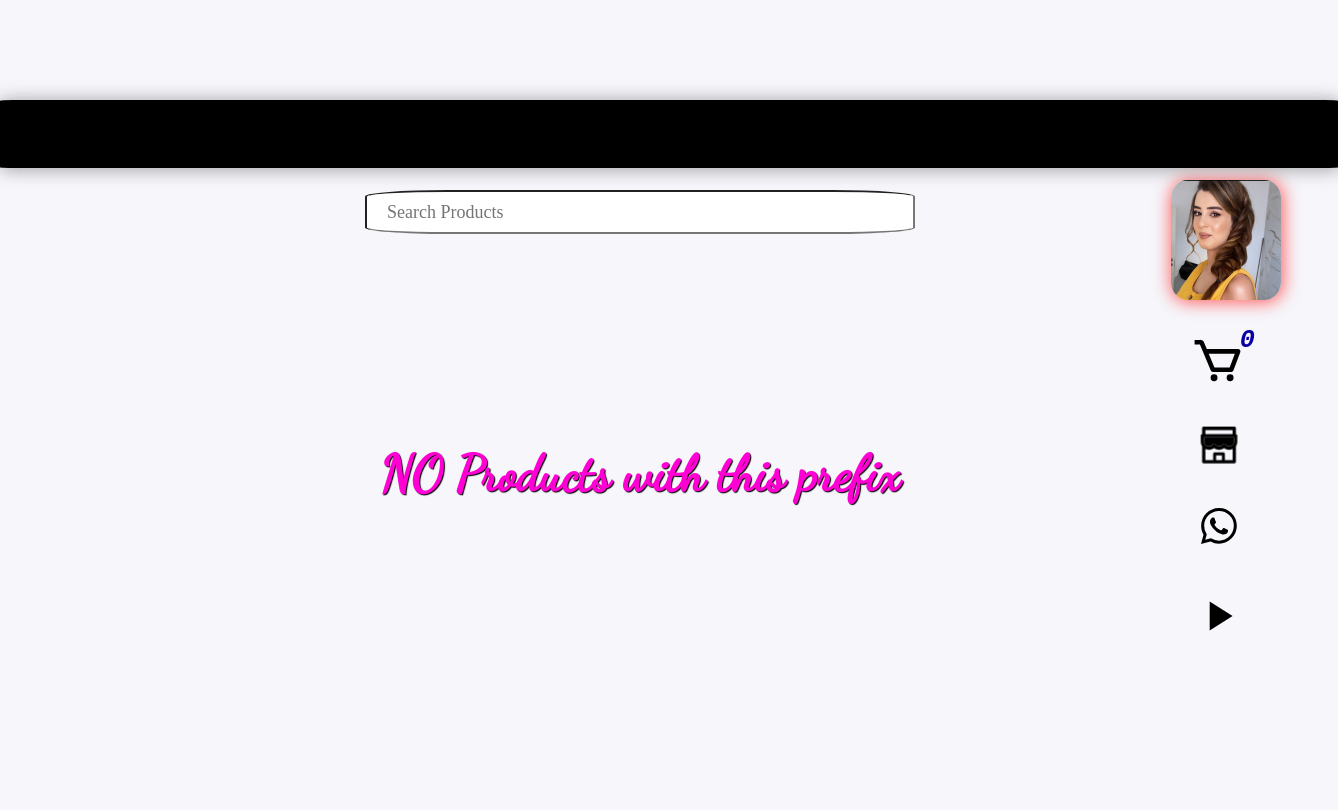
Repository: rehamAbass/BeautyCareShop
Page: /
The author's editor kept a copy of each file at every save. The page is drawn from the files as they stood at one save, then again after the next save.
The browser window is 1280 px wide. The page is 1338 px wide, so the pictures cover 1338 px, including what lies to the right of the window. The pictures show the whole page.
The page's requests for data from a server got no answer. Some web fonts or font styles are not loaded; a fallback is used. The project was rebuilt for these pictures with package versions that can differ from the ones it lists, and the page was loaded fresh each time. No one was signed in, and anything a server would have sent is missing. Also part of the build but not shown: src/components/allProducts/prod/card.css, src/components/allProducts/prod/card.component.jsx, src/components/myCart/myCart.css, src/components/myCart/cartProduct/cartProduct.css, src/components/myCart/cartProduct/cartProduct.jsx, src/components/myCart/myCart.jsx. Imported but missing from the stored project, and not drawn on this page: src/components/header/music/ed.mp3.

Above is the page before, as saved 2022-06-08 13:42:39.

### public/index.html
<!DOCTYPE html>
<html lang="en">
  </style>
  <head>
    <meta charset="utf-8" />
    <link rel="icon" href="" />
    <meta name="viewport" content="width=device-width, initial-scale=1" />
    <meta name="theme-color" content="#000000" />
    <meta
      name="description"
      content="Web site created using create-react-app"
    />
    <link rel="apple-touch-icon" href="" />
    <link rel="manifest" href="%PUBLIC_URL%/manifest.json" />
    <link rel="preconnect" href="https://fonts.googleapis.com">
    <link rel="preconnect" href="https://fonts.gstatic.com" crossorigin>
    <link href="https://fonts.googleapis.com/css2?family=Bigelow+Rules&display=swap" rel="stylesheet">
    <link rel="preconnect" href="https://fonts.googleapis.com">
    <link rel="preconnect" href="https://fonts.gstatic.com" crossorigin>
    <link href="https://fonts.googleapis.com/css2?family=Bigelow+Rules&family=Dancing+Script&display=swap"
      rel="stylesheet">
    <title color:'purble'>BeautyShop💄</title>
  </head>
  <body>

    <div id="root"></div>
  </body>
</html>

<!--
  <video id="video1" loop="" muted="" src="https://prod-streaming-video-msn-com.akamaized.net/aa5cb260-7dae-44d3-acad-3c7053983ffe/1b790558-39a2-4d2a-bcd7-61f075e87fdd.mp4"></video>

 -->

### src/App.js

// import React from 'react'
import CardList from './components/allProducts/card-list.component';
import SearchBox from './components/search-box/search-box.component';
import './App.css'
import axios from "axios";
import React, { Component } from "react";
import Header from './components/header/header.component.jsx'
import { useState, useEffect } from 'react';
import Cart from './components/myCart/myCart.jsx'

const App = () => {
  const [products, setProducts] = useState([]);
  const [cartProducts, setCartProducts] = useState([]);
  const [filteredProducts, setFilteredProducts] = useState(products);
  const [searchString, setSearchString] = useState('');
  const [showCart, setShowCart] = useState(false);
    const [cartCounter, setCartCounter] = useState(0);
      const [Sum, setSum] = useState(0);
      const [imgs, setImgs] = useState([])

  //==========================================================================
  const   getDataFromDB= async ()=> {
    const response = await axios.get("http://localhost:8000/products/");
    setCartProducts(response);
  }
  //===========================================================
  const deleteProd = async (id) => {
    let response = await axios.delete(
      `http://localhost:8000/product/${id}`
    );
  }
  //=============================================================
  const saveProd = async (p) => {
    const response = await axios.post(
      "http://localhost:8000/product",p
    );
  }

   const  updateProd = async (p) => {
    const response = await axios.put(
      "http://localhost:8000/product",p
    );
  }
  //============================================================================
  useEffect(() => {
    fetch('http://makeup-api.herokuapp.com/api/v1/products.json?brand=maybelline')
      .then((res) => res.json())
      .then((users) => {
          users = users.map(user => (
         {id:user.id,
         name:user.name,
         brand:user.brand,
         price:user.price,
        image_link:user.image_link,
         product_link:user.product_link,
         description:user.description,
        rating:user.rating,
         product_type:user.product_type,
          product_api_url:user.product_api_url,
          product_colors:user.product_colors,
        amount:0
         }))


         getDataFromDB();
        setFilteredProducts(users);
        setProducts(users);
        setImgs(users.map((u)=>(u.image_link)));
      })
  }, []); // it runs only one time - no need to call it in each render because [] is empty !!
  //=========================================================================================
  useEffect(() => {
    let filteredgroup = products.filter((p) => p.name.toLowerCase().includes(searchString));
    setFilteredProducts(filteredgroup);
  }, [products, searchString])

  //========================================================================================
  const onSearchChanged = (event) => {
    let input = event.target.value.toLowerCase();
    setSearchString(input);
  }
  //=========================================================================================
  const addProduct=(product)=>{
        let updatePro = cartProducts.filter(p=> p.id === product.id);
     if(updatePro.length>0){
       // it means that YES the product exists before in Cart! just increase the amount of it:
       updatePro = updatePro[0];
       updatePro.amount +=1;
        let newarray = cartProducts.map(p=>( p.id === product.id ? updatePro:p )) ;
        setCartProducts(newarray);
     }else{
        let newProductToAdd = {...product, amount:1};
         setCartProducts([...cartProducts,newProductToAdd ]);
         saveProd(product);
         updateProd();
     }

      }
  //=================================================================================
  //    ,
  const deleteProduct = (product) => {
    let newArr = cartProducts.filter(p => p.id !== product.id);
    setCartProducts(newArr);
    deleteProd(product.id);
  }
 //===================================================================================
   const decreaseProduct=(product)=>{

     if(product.amount >1){
       let update = product;
       update.amount -=1;
        let newarray = cartProducts.map(p=>(p.id === product.id ? update:p )) ;
     setCartProducts(newarray);
     }else{ // amount was  === 1
        let newArr = cartProducts.filter(p=> p.id !== product.id);
         setCartProducts(newArr);
     }
      }
 //===================================================================================
useEffect(()=>{
  console.log("useEffect, cartProduct changes, so counter changes");
  let all =0;
  let summ=0;
  for(let p of cartProducts){
     all = all+p.amount;
    summ = summ+ (p.amount * p.price);
}
    setSum(summ);
    setCartCounter(all);
},[cartProducts]);

//====================================================================================
  useEffect(()=>{
    console.log("open Cart = ",showCart);
  },[showCart])
 //=========================================================================================
const HandleCart =(val)=>{
  setShowCart(val);
}
 const handleSumCount = ()=>{
  setSum(0);
  setCartProducts([]);
  setCartCounter(0);

 }
 //=========================================================================================
  return (
    <div className="App">
      <header className="App-header">
        <Header counter ={cartCounter}
        imgs={imgs}
        handleCart = {HandleCart}/>
        {showCart === false &&
          <div>
           <SearchBox
          className='search-box2'
          searchHandler={onSearchChanged}
          group={filteredProducts}
        />
            <CardList
              group={filteredProducts}
               addProduct={addProduct} />
        </div>

        }
          {(showCart === true) &&
            <Cart sum ={Sum} group={cartProducts}
           addProduct={addProduct}
            deleteProduct={deleteProduct}
            decreaseProduct={decreaseProduct}
              handleSumCount={handleSumCount}
            />
          }
      </header>
    </div>
  )
}

export default App;

### src/components/allProducts/card-list.component.jsx

import './card-list.css'
import Card from './prod/card.component'
import React from 'react'

const CardList = ({ group ,addProduct}) => {
    return (
        <div className='card-list'>
            {group.map((p,i) =>
                (
                    <Card
                    key={i}
                    product={p}
                     addProduct={addProduct}/>
                )
            )
            }
        </div >

    )
}

export default CardList;

### src/components/search-box/search-box.component.jsx

import React from 'react'
import './search-box.css'


const SearchBox = ({ className, placeholder, searchHandler, group }) => {

    return (
        <div className='search-box'>
            <input
                className={className}
                type='search'
                placeholder='Search Products'
                onChange={searchHandler}
                style={{
                     fontStyle:'unset', fontStretch: 'extra-expanded'
                , fontSize:'large', borderRadius:'15%'}}
            />
            {group.length === 0 ?
                <div className='alert2'> NO Products with this prefix </div> : ''}
        </div>
    )
}


export default SearchBox;

### src/App.css
body {
  margin: 0;
  padding: 0;
  font-family: -apple-system, BlinkMacSystemFont, 'Segoe UI', 'Roboto', 'Oxygen',
    'Ubuntu', 'Cantarell', 'Fira Sans', 'Droid Sans', 'Helvetica Neue',
    sans-serif;
    background-color:rgba(192, 190, 228, 0.135);
  -webkit-font-smoothing: antialiased;
  -moz-osx-font-smoothing: grayscale;
  text-align: center;
}



















/* -------------------------------------------------------------------------------------- */

/* .App {
  text-align: center;
}

.App-logo {
  height: 40vmin;
  pointer-events: none;
}

@media (prefers-reduced-motion: no-preference) {
  .App-logo {
    animation: App-logo-spin infinite 20s linear;
  }
}

.App-header {
  background-color: #2d5cba;
  min-height: 100vh;
  display: flex;
  flex-direction: column;
  align-items: center;
  justify-content: center;
  font-size: calc(10px + 2vmin);
  color: white;
}

.App-link {
  color: #61dafb;
}

@keyframes App-logo-spin {
  from {
    transform: rotate(0deg);
  }
  to {
    transform: rotate(360deg);
  }
}

*/

### src/components/header/header.component.jsx
import React from 'react'
import './header.css'
import Music from './music/music.component';
import fatme from './fatme.jpeg'
import CartIcon from './cartIcon/cartIcon.component';
import {BsWhatsapp} from 'react-icons/bs'
import {AiTwotoneShop} from 'react-icons/ai'

const Header = ({counter,imgs, handleCart}) => {
    return (
        <div className='headClass'>
        <div className='imgs'>
            {imgs.map((link, i) => (
               (i<10)&&
                    <img
                    key={i}
                    src={link} alt='prod' />

            ))}
        </div>
            <img className='myImg' src={fatme} alt='me'
            />
               <CartIcon
            counter={counter}
             handleCart={handleCart}
            />
            <AiTwotoneShop
            className='goHome'
                onClick={() => {
                     handleCart(false)}}
            />
            <h4 className='title' >
                <marquee direction='left' loop='2' >Fatima Beauty Care Shop</marquee>
            </h4>


            <Music />


            <a  className='whatsApp'  aria-label="whats"
                target="_blank" rel="noopener"
                href="https://api.whatsapp.com/send?phone=972543656019&text=hello%20Fatima%20from%20your%20BeautyCareShop%20Website%20💄"
              >
              <BsWhatsapp/>
            </a>
        </div>
    )
}

export default Header;

### src/components/allProducts/card-list.css
.card-list {
     width: 1000px;
    margin-left: 9%;
    display: grid;
    grid-template-columns: 10fr 10fr;
    /* grid-gap: 1%; */
    margin-top: 5%;
    margin-bottom:15%;
}

### src/components/search-box/search-box.css
.search-box {
    padding: 10px;
}

.alert2 {
    margin-top: 150px;
    text-align: center;
    padding: 40px;
    color: rgb(255, 0, 212);
    font-size: 50px;
    font-stretch: extra-expanded;
    font-family: 'Dancing Script';
    font-weight: bolder;
    text-shadow: 1px 1px  1px rgb(0, 0, 0);
    transform: scale(1);
}

.search-box2 {
    width: 550px;
    height: 37px;
    margin-top: 150px;
    padding: 20px;
    line-height: 30px;
    margin-bottom: 20px;
    color: rgb(0, 0, 0);
    font-weight: 400;
    font-family:serif;

}

### src/components/header/header.css
.title {
    width: 110%;
    position: relative;
    font-size: 46px;
    font-weight: bolder;
    font-family: 'Dancing Script';
 color:rgb(251, 251, 251);
    font-stretch: extra-expanded;
    /* text-shadow: 11px 1px 11px rgb(255, 0, 123); */
    background-color: rgb(0, 0, 0);
     box-shadow: 1px 1px 17px 1px rgba(135, 134, 135, 0.74);
     margin-top: 40px;
     border-radius:1%;
}
.imgs{
    width: 110%;
    position: relative;
    height:60px;
     margin-top: 0px;
}
.goHome{
    color:rgb(0, 0, 0);
     position:fixed;
    margin-left: 47%;
    margin-top:376px;
     transform: scale(2.6);
}
.goHome:hover{
    color:rgb(8, 0, 165);
    transform:scale(3);
}
.whatsApp{
    color:rgb(0, 0, 0);
     position:fixed;
    margin-left: 47%;
    margin-top:290px;
     transform: scale(2);
}
.whatsApp:hover{
  color:rgb(8, 0, 165);

   }
.myImg{
    position:fixed;
    margin-left: 44%;
    margin-top:120px;
    width: 110px;
  height: 120px;
    box-shadow: 1px 1px 17px 1px rgb(255, 88, 88);
    border-radius:15%;
}

.headClass {
    border-radius: 12%;
    width: 95%;
    height: 30px;
    font-size: large;
    /* font-weight: 700; */
    font-style: italic;

}

### src/components/header/music/music.component.jsx
import './music.css'
import { useState, useEffect } from 'react'
import { MdPlayArrow, MdPause } from 'react-icons/md'
import  React  from 'react'
import ed from "./ed.mp3";

const aud = new Audio(ed);

const Music = () => {
    const [flagPlaying, setIsActive] = useState(false);
    const handleClick = (value) => {
        setIsActive(value);
        if (value === true) {
            aud.loop = true;
            aud.play();
        } else {
            aud.pause();
            aud.loop = false;
        }
    }

    return (<div className='myAudio'>
        {(flagPlaying === false) &&
            <MdPlayArrow
                className='btnAudio'
                onClick={() => {
                    if (flagPlaying === false) {
                        handleClick(true);
                    }
                }}
            />
        }
        {(flagPlaying === true) &&
            <MdPause
                className='btnAudio'
                style={{color:'black'}}
                onClick={() => {
                    if (flagPlaying === true) {
                        handleClick(false);
                    }
                }}
            />
        }
    </div>
    )
}


export default Music;

### src/components/header/cartIcon/cartIcon.component.jsx
import React from 'react'
import './cart.css'
import { BiCart } from "react-icons/bi";


const CartIcon = ({ counter,handleCart}) => {

    return (
        <div className='cart-container'>
            <span className='counter'>{counter}</span>
            <BiCart
                    className='cartIcon'
                    onClick={() => {
                      handleCart(true);
                     }}
                />
        </div>
    )
}
export default CartIcon;

### src/components/header/music/music.css
.myAudio {}

.btnAudio {
    width:  50px;
    height: 50px;
    position:fixed;
    margin-left: 45.7%;
    margin-top: 362px;
    color:rgb(0, 0, 0);
    border-radius: 90%;
}

.btnAudio:hover {
   color : rgb(8, 0, 165);
    transform: scale(1.125);
    box-shadow: 4px 3px 10px 3px  rgb(179, 255, 0);
}

### src/components/header/cartIcon/cart.css
.cartIcon{
     position:fixed;
    width:55px;
    height:55px;
    color:rgb(0, 0, 0);
    margin-top:1%;
    /* transform: translateZ(-1);
    transition: transform 0.25s ease-out; */
}
.cartIcon:hover{
    transform:scale(1.12);
    color:rgb(8, 0, 165);
}
.cart-container{
    position:fixed;
    margin-left: 93%;
    margin-top: 260px;
}
.cart-container:hover{
    color:rgb(0, 0, 0);
 /* transform: scale(1); */
 cursor: pointer;
}
.counter{
    font-size:large;
    font-family:'Courier New', Courier, monospace;

    color:rgb(8, 0, 165);
    font-weight:bolder;
    text-align: right;
      transform: scale(1.4);
    text-shadow: 2px 2px 12px 12px rgb(0, 0, 0);
    position: fixed;
    margin-left: 4%;
    margin-top:0.8%;
}

Loaded but not shown: src/index.js (common file); src/index.css (common file)

After the next save:
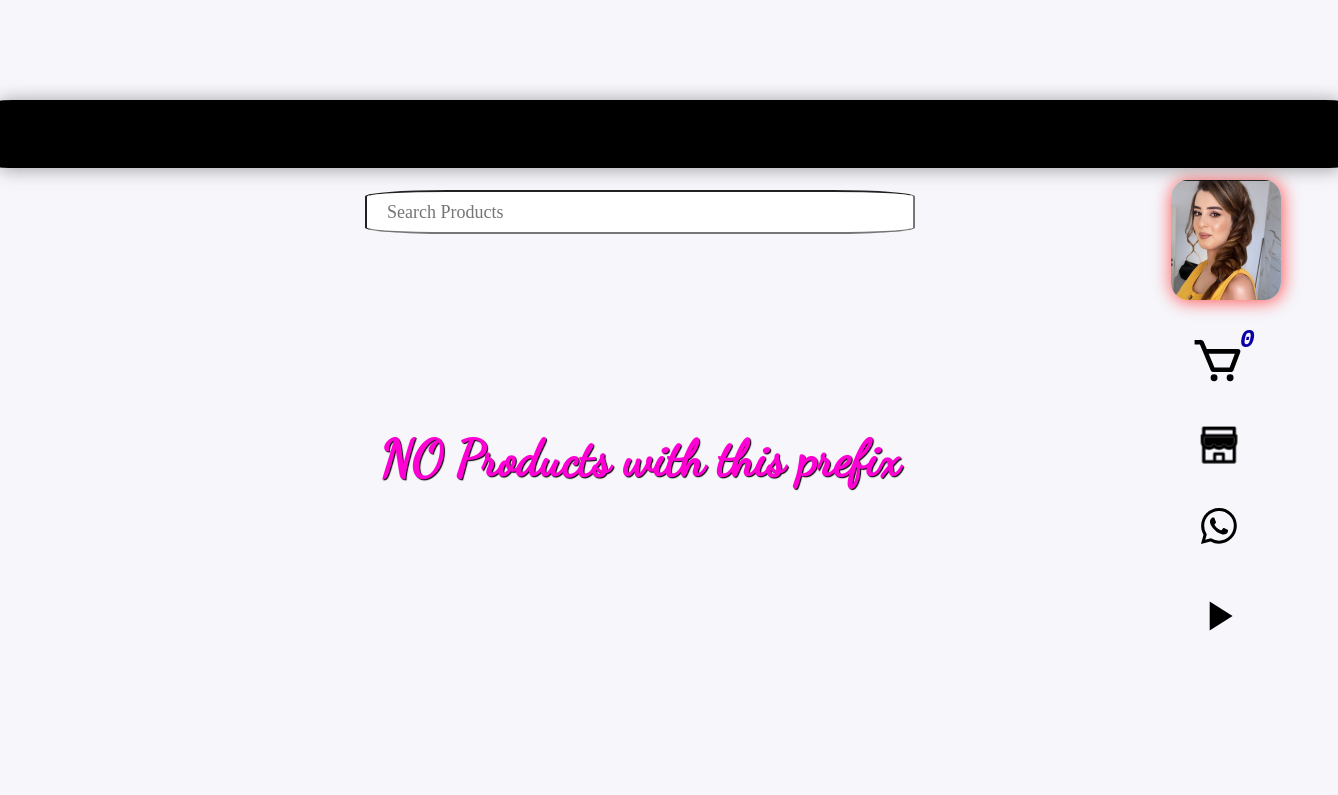
Saved 15 s later.
--- a/src/components/search-box/search-box.css
+++ b/src/components/search-box/search-box.css
@@ -21,7 +21,7 @@
     margin-top: 150px;
     padding: 20px;
     line-height: 30px;
-    margin-bottom: 20px;
+    margin-bottom: 5px;
     color: rgb(0, 0, 0);
     font-weight: 400;
     font-family:serif;
